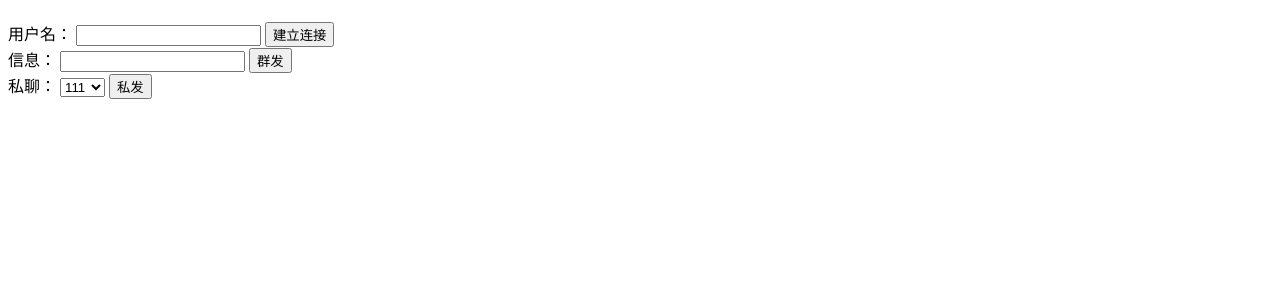
Repository: eheihaha2/whoisthespy-
Page: webDemo/WebContent/room.html
These files come from the project's save history. The page is drawn as it stood at one moment and after the next save; the edit follows.
The browser window is 1280 px wide. The pictures show the whole page.

Above is the page before, as saved 2020-02-25 19:00:12.

After the next save:
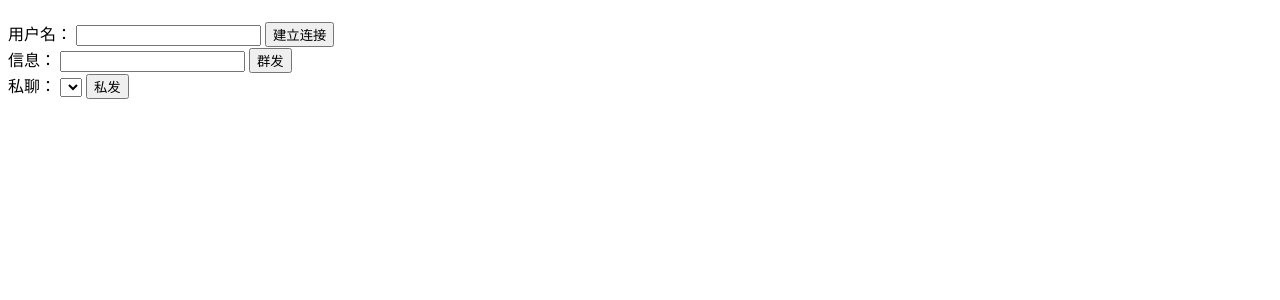
Saved 3 min 2 s later.
--- a/webDemo/WebContent/room.html
+++ b/webDemo/WebContent/room.html
@@ -14,10 +14,7 @@
       <button id="subBtnAll">群发</button><br />
 	<span>私聊：</span>
       <select id="userList">
-		<option value="111">111</option>
-		<option value="222">222</option>
-		<option value="333">333</option>
-	</select>
+	  </select>
 	<button id="subBtn">私发</button>
 
 	<div class="info">
